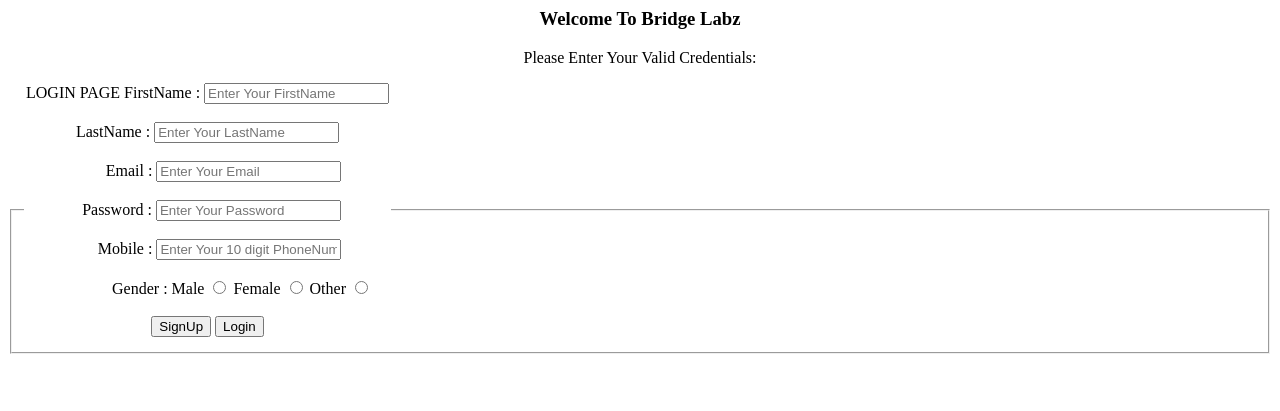
Repository: msibgathulla9980/Servlet
Page: ServletJdbcApp/WebContent/Registration.html
These files come from the project's save history. The page is drawn as it stood at one moment and after the next save; the edit follows.
The browser window is 1280 px wide. The pictures show the whole page.

Above is the page before, as saved 2019-01-24 04:43:12.

### ServletJdbcApp/WebContent/Registration.html
<html>
<head>
<h3><b><center>Welcome To Bridge Labz</center></b></h3>
</head>
<title>BridgeLabz Registration</title>
<center><p>Please Enter Your Valid Credentials: </p></center>
<body>
<center>
<form action="Register" method="post">
<fieldset>
<legend>LOGIN PAGE
FirstName : <input type="text" name="firstName" placeholder="Enter Your FirstName" required/><br><br>
LastName : <input type="text" name="lastName" placeholder="Enter Your LastName" required/><br><br>
&nbsp;&nbsp;&nbsp;&nbsp;&nbsp;&nbsp;&nbsp;&nbsp;Email : <input type="email" name="email" placeholder="Enter Your Email" required/><br><br>
&nbsp;&nbsp;Password : <input type="password" name="password" placeholder="Enter Your Password" required/><br><br>
&nbsp;&nbsp;&nbsp;&nbsp;&nbsp;&nbsp;Mobile   : <input type="text" name="phoneNumber" placeholder="Enter Your 10 digit PhoneNumber" required/><br><br>
&nbsp;&nbsp;&nbsp;&nbsp;&nbsp;&nbsp;&nbsp;&nbsp;&nbsp;&nbsp;&nbsp;&nbsp;&nbsp;&nbsp;&nbsp;&nbsp;&nbsp;Gender   :
<label for="male">Male</label>
  <input type="radio" name="gender" id="male" value="male" >
  <label for="female">Female</label>
 <input type="radio" name="gender" id="female" value="female" >
  <label for="other">Other</label>
 <input type="radio" name="gender" id="other" value="other" ><br><br>
<input type="submit" name="submit" value="SignUp"/>
</form>
<a href=login.html ><input type="submit" value="Login"/></a>
<center>
</body>
</html>

After the next save:
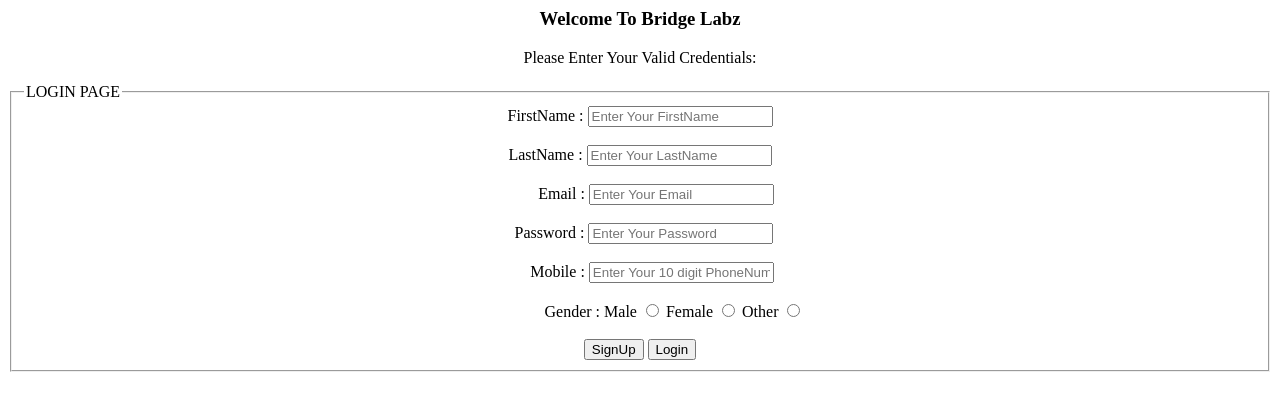
Saved 10 s later.
--- a/ServletJdbcApp/WebContent/Registration.html
+++ b/ServletJdbcApp/WebContent/Registration.html
@@ -8,7 +8,7 @@
 <center>
 <form action="Register" method="post">
 <fieldset>
-<legend>LOGIN PAGE
+<legend>LOGIN PAGE</legend>
 FirstName : <input type="text" name="firstName" placeholder="Enter Your FirstName" required/><br><br>
 LastName : <input type="text" name="lastName" placeholder="Enter Your LastName" required/><br><br>
 &nbsp;&nbsp;&nbsp;&nbsp;&nbsp;&nbsp;&nbsp;&nbsp;Email : <input type="email" name="email" placeholder="Enter Your Email" required/><br><br>
